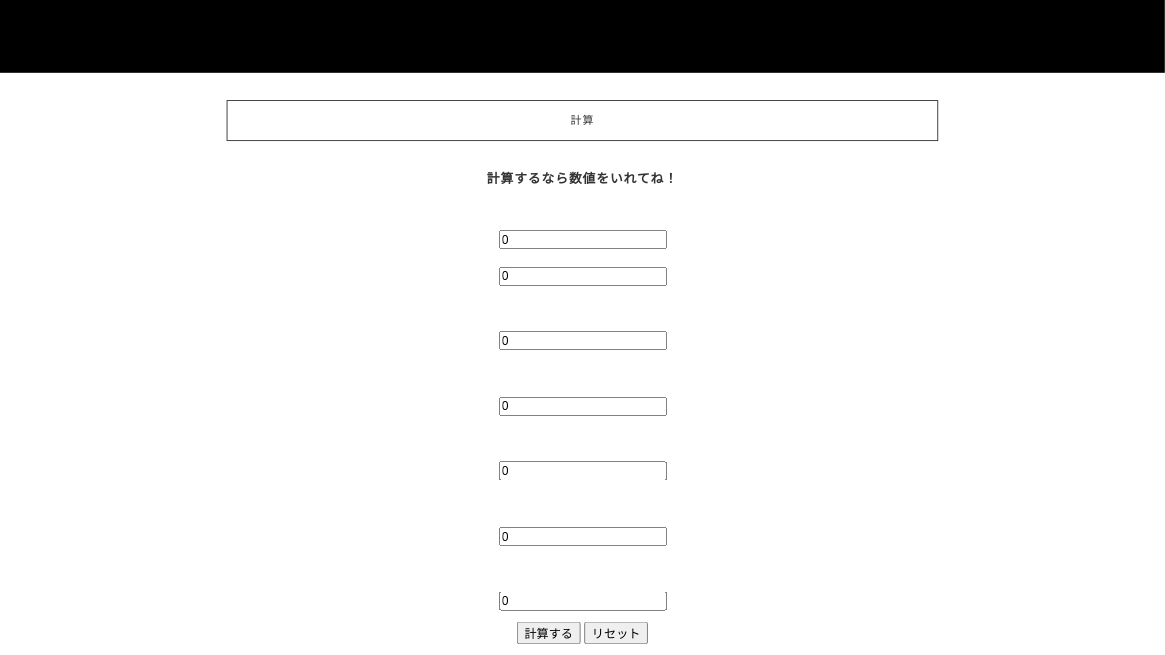
Repository: HattoriKotaro19920408/Keisanchan
Page: http://localhost/Keisanchan/keisan.jsp
The author's editor kept a copy of each file at every save. The page is drawn from the files as they stood at one save, then again after the next save.
The browser window is 1280 px wide. The pictures show the whole page, at 91% of full size.
The page is served by Tomcat 9. Other server files are loaded and not shown.

Above is the page before, as saved 2018-08-08 02:18:20.

### Keisanchan/WebContent/keisan.jsp
<%@ page language="java" contentType="text/html; charset=UTF-8"
    pageEncoding="UTF-8"%>
<%@ taglib prefix="s" uri="/struts-tags" %>
<!DOCTYPE html PUBLIC "-//W3C//DTD HTML 4.01 Transitional//EN" "http://www.w3.org/TR/html4/loose.dtd">
<html>
<head>
<meta http-equiv="Content-Type" content="text/html; charset=utf-8" />
<meta http-equiv="Content-Style-Type" content="text/css" />
<meta http-equiv="Content-Script-Type" content="text/javascript" />
<meta http-equiv="imagetoolbar" content="no" />
<meta name="description" content="" />
<meta name="keywords" content="" />

<title>計算画面</title>
<style type="text/css">
 body{
      margin:0;
      padding:0;
      line-height:1.6;
      letter-spacing:1px;
      font-family:Verdana, Helvetica, sans-serif;
      font-size:12px;
      color:#333;
      background:#fff;
   }
   table{
     text-align:center;
     margin:o auto;
   }

   #top{
     width:780px;
     margin:30px auto;
     border:1px solid #333;
   }
   #header{
     width:100%;
     height:80px;
     background-color:black;
   }
   #main{
     width:100%;
     height:500px;
     text-align:center;
   }
   #footer{
     width:100%;
     height:80px;
     background-color:black;
     clear:both;
   }
   #text-center{
      display:inline-block;
      text-align:center;
   }

</style>
</head>
<body>
<div id="header">
        <div id="pr">
        </div>
</div>
<div id = "main">
       <div id="top">
          <p>計算</p>
       </div>
       <div>
        <h3>計算するなら数値をいれてね！</h3>

       <br/>
       <form method="get" action="keisanResult.jsp" oninput="result.value = Number(a.value) + Number(b.value);">

<p><input type="number" name="toki" value="0">

<br><br><input type="number" name="zikoshi" value="0"></p>
<br><br><input type="number" name="zikoshi" value="0"></p>
<br><br><input type="number" name="zikoshi" value="0"></p>
<br><br><input type="number" name="zikoshi" value="0"></p>
<br><br><input type="number" name="zikoshi" value="0"></p>
<br><br><input type="number" name="zikoshi" value="0"></p>



<p><input type="submit" value="計算する"> <input type="reset" value="リセット"></p>

</form>

       <div id="text-link">

       </div>
       </div>
   </div>
</body>
</html>

After the next save:
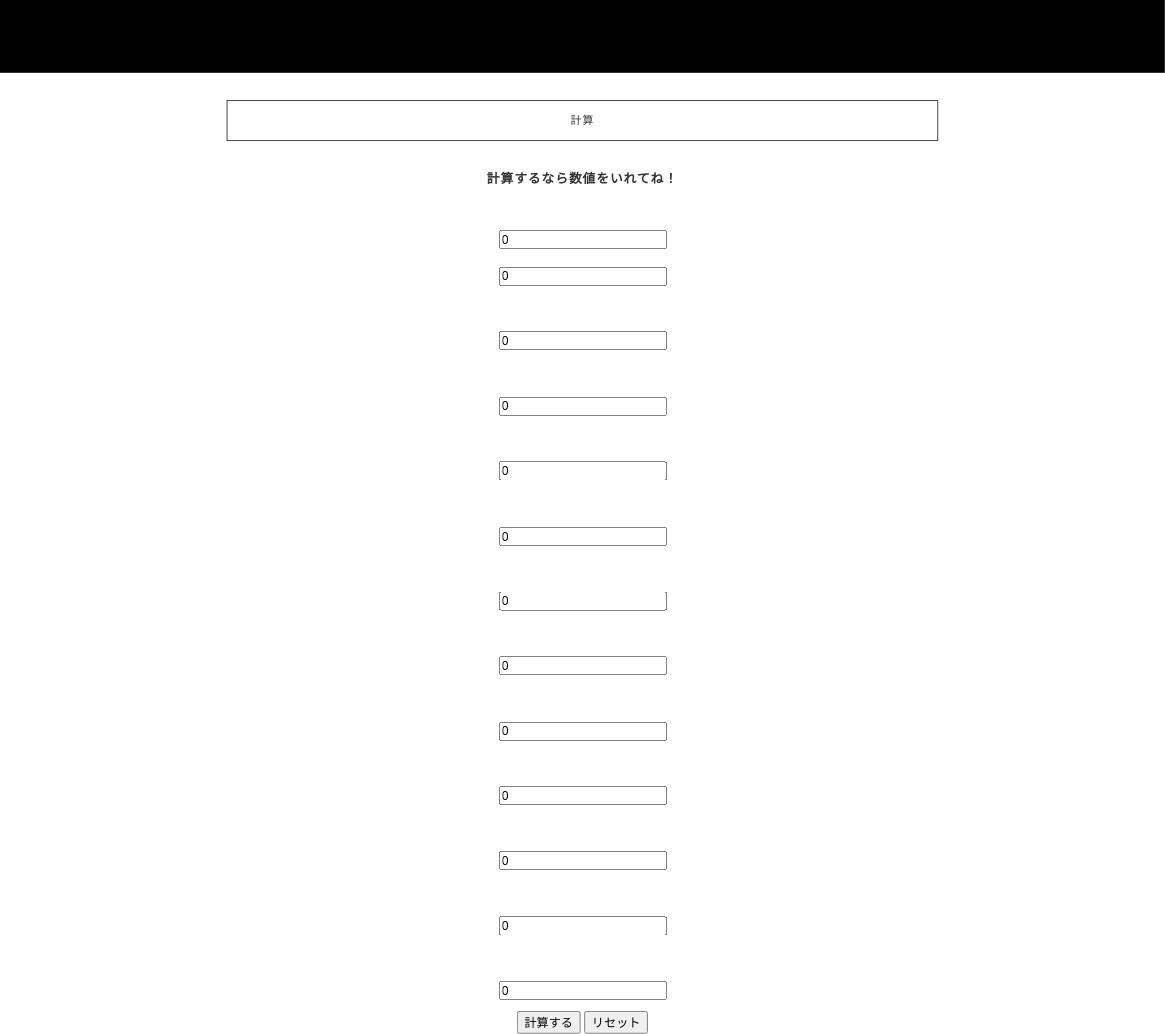
Saved 3 min 14 s later.
--- a/Keisanchan/WebContent/keisan.jsp
+++ b/Keisanchan/WebContent/keisan.jsp
@@ -74,11 +74,17 @@
 <p><input type="number" name="toki" value="0">
 
 <br><br><input type="number" name="zikoshi" value="0"></p>
-<br><br><input type="number" name="zikoshi" value="0"></p>
-<br><br><input type="number" name="zikoshi" value="0"></p>
-<br><br><input type="number" name="zikoshi" value="0"></p>
-<br><br><input type="number" name="zikoshi" value="0"></p>
-<br><br><input type="number" name="zikoshi" value="0"></p>
+<br><br><input type="number" name="keijo" value="0"></p>
+<br><br><input type="number" name="uriage" value="0"></p>
+<br><br><input type="number" name="uriage_sori" value="0"></p>
+<br><br><input type="number" name="eigyo" value="0"></p>
+<br><br><input type="number" name="total_assets" value="0"></p>
+<br><br><input type="number" name="total_genka" value="0"></p>
+<br><br><input type="number" name="tana" value="0"></p>
+<br><br><input type="number" name="ryudo_assets" value="0"></p>
+<br><br><input type="number" name="ryudo_fusai" value="0"></p>
+<br><br><input type="number" name="kotei_assets" value="0"></p>
+<br><br><input type="number" name="total_fusai" value="0"></p>
 
 
 
